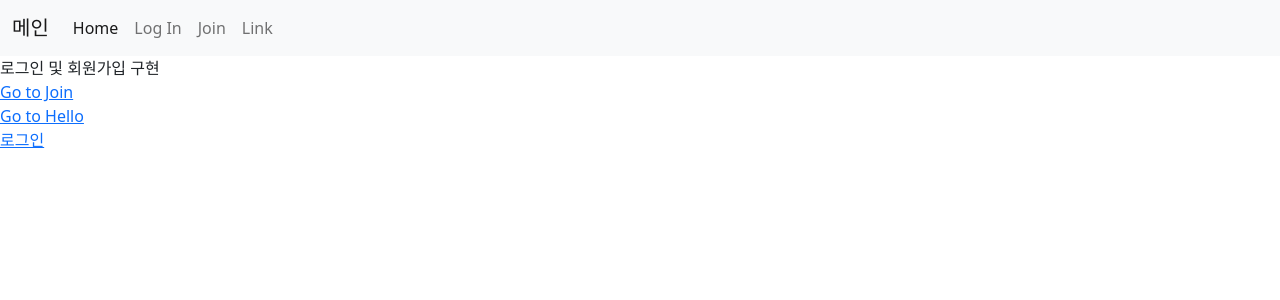
Repository: kjm541006/Ezen
Page: project/src/main/resources/static/index.html
An editor plug-in stored every save of this project. The page is shown before and after the next save, followed by the edit.
The browser window is 1280 px wide. The pictures show the whole page.

Above is the page before, as saved 2023-06-07 07:52:44.

### project/src/main/resources/static/index.html
<!doctype html>
<html lang="ko">
<head>
	<meta charset="UTF-8" />
	<meta name="viewport" content="width=device-width, initial-scale=1">
	<title>Document</title>
	<link href="https://cdn.jsdelivr.net/npm/bootstrap@5.2.3/dist/css/bootstrap.min.css" rel="stylesheet" integrity="sha384-rbsA2VBKQhggwzxH7pPCaAqO46MgnOM80zW1RWuH61DGLwZJEdK2Kadq2F9CUG65" crossorigin="anonymous">
</head>
<body>
	<div class="container">
		<header class="header">
			<nav class="navbar navbar-expand-lg bg-light fixed-top">
			  <div class="container-fluid">
			    <a class="navbar-brand" href="#">메인</a>
			    <button class="navbar-toggler" type="button" data-bs-toggle="collapse" data-bs-target="#navbarSupportedContent" aria-controls="navbarSupportedContent" aria-expanded="false" aria-label="Toggle navigation">
			      <span class="navbar-toggler-icon"></span>
			    </button>
			    <div class="collapse navbar-collapse justify-content-end" id="navbarSupportedContent">
			      <ul class="navbar-nav me-auto mb-2 mb-lg-0">
			        <li class="nav-item">
			          <a class="nav-link active" aria-current="page" href="/">Home</a>
			        </li>
			        <li class="nav-item">
			          <a class="nav-link" href="/login">Log In</a>
			        </li>
			        <li class="nav-item">
			          <a class="nav-link" href="/join">Join</a>
			        </li>
			        <li class="nav-item">
			          <a class="nav-link" href="#">Link</a>
			        </li>
			      </ul>
			    </div>
			  </div>
			</nav>
		</header>
	</div>
	<h1>메인페이지</h1>
	<span>로그인 및 회원가입 구현</span>
	<br />
	<a href="/join">Go to Join</a>
	<br />
	<a href="/hello">Go to Hello</a>
	<br />
	<a href="/login">로그인</a>
	<script src="https://cdn.jsdelivr.net/npm/bootstrap@5.2.3/dist/js/bootstrap.bundle.min.js" integrity="sha384-kenU1KFdBIe4zVF0s0G1M5b4hcpxyD9F7jL+jjXkk+Q2h455rYXK/7HAuoJl+0I4" crossorigin="anonymous"></script>
</body>
</html>

After the next save:
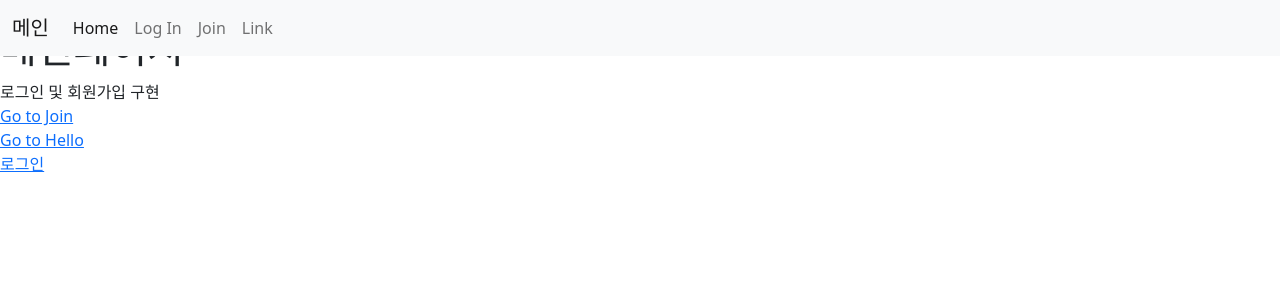
Saved 113 s later.
--- a/project/src/main/resources/static/index.html
+++ b/project/src/main/resources/static/index.html
@@ -7,7 +7,7 @@
 	<link href="https://cdn.jsdelivr.net/npm/bootstrap@5.2.3/dist/css/bootstrap.min.css" rel="stylesheet" integrity="sha384-rbsA2VBKQhggwzxH7pPCaAqO46MgnOM80zW1RWuH61DGLwZJEdK2Kadq2F9CUG65" crossorigin="anonymous">
 </head>
 <body>
-	<div class="container">
+	<container class="container">
 		<header class="header">
 			<nav class="navbar navbar-expand-lg bg-light fixed-top">
 			  <div class="container-fluid">
@@ -34,7 +34,6 @@
 			  </div>
 			</nav>
 		</header>
-	</div>
 	<h1>메인페이지</h1>
 	<span>로그인 및 회원가입 구현</span>
 	<br />
@@ -43,6 +42,7 @@
 	<a href="/hello">Go to Hello</a>
 	<br />
 	<a href="/login">로그인</a>
+	</container>
 	<script src="https://cdn.jsdelivr.net/npm/bootstrap@5.2.3/dist/js/bootstrap.bundle.min.js" integrity="sha384-kenU1KFdBIe4zVF0s0G1M5b4hcpxyD9F7jL+jjXkk+Q2h455rYXK/7HAuoJl+0I4" crossorigin="anonymous"></script>
 </body>
 </html>
